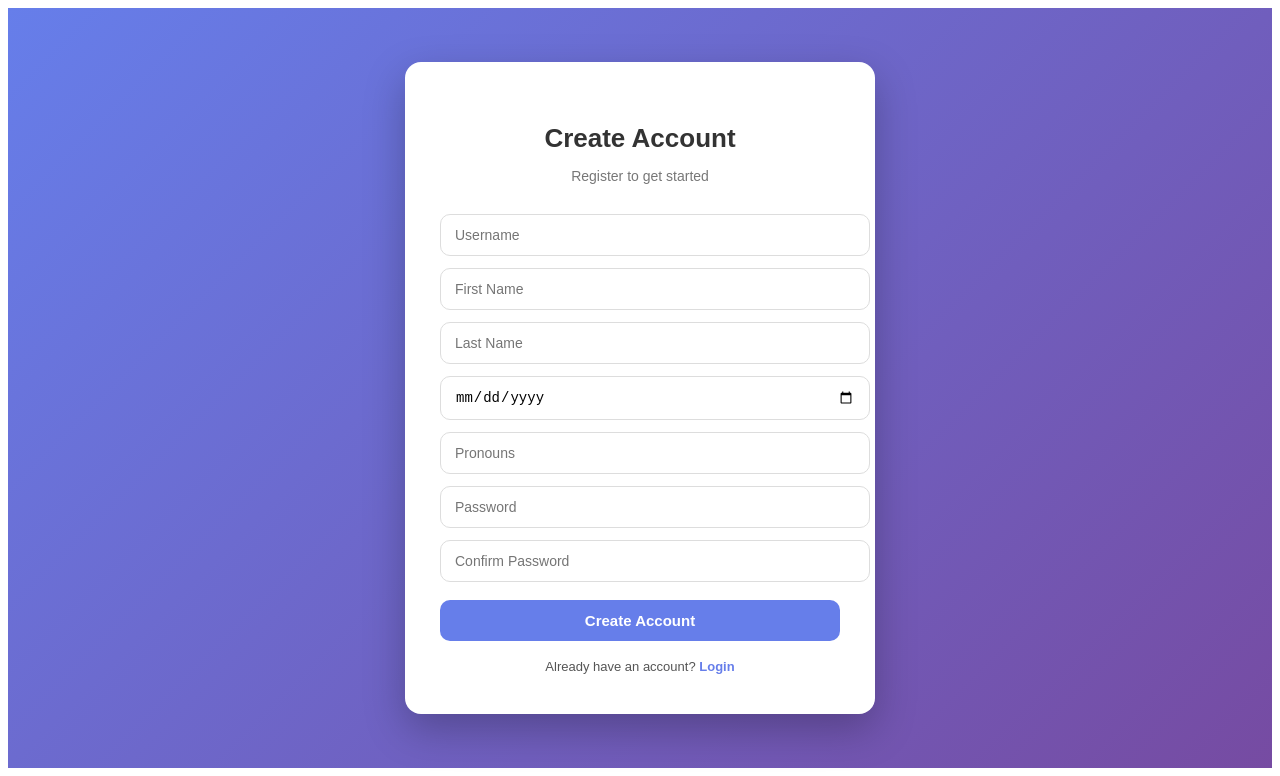
Repository: BMXracer44/CalendarConnect
Page: /register (app in frontend/)
These files come from the project's save history. The page is drawn as it stood at one moment and after the next save; the edit follows.
The browser window is 1280 px wide. The pictures show the whole page.
The project was rebuilt for these pictures with package versions that can differ from the ones it lists, and the page was loaded fresh each time. Also part of the build but not shown: frontend/src/pages/Login.jsx.

Above is the page before, as saved 2026-04-01 12:55:52.

### frontend/src/index.js
import React from "react";
import ReactDOM from "react-dom/client";
import { RouterProvider } from "react-router-dom";
import { router } from "./router";
import "./index.css";


ReactDOM.createRoot(document.getElementById("root")).render(
  <RouterProvider router={router} />
);

### frontend/src/router.jsx
import { createBrowserRouter } from "react-router-dom";
import App from "./App";
import Login from "./pages/Login";
import Register from "./pages/Register";
import Home from "./pages/Home";

export const router = createBrowserRouter([
  {
    path: "/",
    element: <App />,   // 👈 use App here
    children: [
      { index: true, element: <Login /> },     // "/"
      { path: "register", element: <Register /> },
      { path: "home", element: <Home /> }
    ]
  }
]);

### frontend/src/index.css
/* =========================
   GLOBAL PAGE BACKGROUND
========================= */
.login-container {
  min-height: 100vh;
  display: flex;
  justify-content: center;
  align-items: center;
  padding: 20px;
  background: linear-gradient(135deg, #667eea, #764ba2);
  font-family: Arial, sans-serif;
}

/* =========================
   AUTH CARD (LOGIN + REGISTER)
========================= */
.login-card {
  width: 100%;
  max-width: 400px;
  background: #ffffff;
  padding: 40px 35px;
  border-radius: 16px;
  box-shadow: 0 15px 40px rgba(0, 0, 0, 0.25);
  text-align: center;
  animation: fadeIn 0.4s ease-in-out;
}

/* Card animation */
@keyframes fadeIn {
  from {
    opacity: 0;
    transform: translateY(15px);
  }
  to {
    opacity: 1;
    transform: translateY(0);
  }
}

/* =========================
   HEADINGS
========================= */
.login-card h2 {
  font-size: 26px;
  margin-bottom: 8px;
  color: #333;
}

.login-card p {
  font-size: 14px;
  color: #777;
  margin-bottom: 18px;
}

/* =========================
   INPUT FIELDS
========================= */
.login-card input {
  width: 100%;
  padding: 12px 14px;
  margin-top: 12px;
  border: 1px solid #ddd;
  border-radius: 10px;
  font-size: 14px;
  outline: none;
  transition: all 0.25s ease;
}

/* Focus effect */
.login-card input:focus {
  border-color: #667eea;
  box-shadow: 0 0 8px rgba(102, 126, 234, 0.35);
}

/* =========================
   BUTTON
========================= */
.login-card button {
  width: 100%;
  padding: 12px;
  margin-top: 18px;
  background: #667eea;
  color: white;
  border: none;
  border-radius: 10px;
  font-size: 15px;
  font-weight: bold;
  cursor: pointer;
  transition: all 0.2s ease;
}

/* Hover effect */
.login-card button:hover {
  background: #5a67d8;
  transform: translateY(-2px);
}

/* =========================
   ERROR & SUCCESS MESSAGES
========================= */
.error-text {
  color: #e74c3c;
  font-size: 13px;
  margin-top: 10px;
}

.success-text {
  color: #2ecc71;
  font-size: 13px;
  margin-top: 10px;
}

/* =========================
   BOTTOM TEXT LINKS
========================= */
.bottom-text {
  margin-top: 18px;
  font-size: 13px;
  color: #555;
}

.bottom-text a {
  color: #667eea;
  font-weight: bold;
  text-decoration: none;
}

.bottom-text a:hover {
  text-decoration: underline;
}

/* =========================
   REGISTER SPACING (optional)
========================= */
.register-extra-spacing input {
  margin-top: 14px;
}

### frontend/src/App.js
import { Outlet } from "react-router-dom";

function App() {
  return (
    <div>
      <Outlet />
    </div>
  );
}

export default App;

### frontend/src/pages/Register.jsx
import React, { useState } from "react";
import { useNavigate } from "react-router-dom";

const Register = () => {
  const navigate = useNavigate();

  const [formData, setFormData] = useState({
    username: "",
    firstName: "",
    lastName: "",
    dateOfBirth: "",
    pronouns: "",
    password: "",
    confirmPassword: ""
  });

  const [error, setError] = useState("");
  const [success, setSuccess] = useState("");

  const handleChange = (e) => {
    setFormData({
      ...formData,
      [e.target.name]: e.target.value
    });
  };

  const handleSubmit = async (e) => {
    e.preventDefault();

    if (formData.password !== formData.confirmPassword) {
      setError("Passwords do not match");
      setSuccess("");
      return;
    }

    try {
      const response = await fetch("http://localhost:8080/api/register", {
        method: "POST",
        headers: {
          "Content-Type": "application/json"
        },
        body: JSON.stringify(formData)
      });

      const data = await response.json();

      if (response.ok) {
        setSuccess("Account created successfully!");
        setError("");

        setTimeout(() => {
          navigate("/login");
        }, 1000);

        setFormData({
          username: "",
          firstName: "",
          lastName: "",
          dateOfBirth: "",
          pronouns: "",
          password: "",
          confirmPassword: ""
        });

      } else {
        setError(data.message || "Registration failed");
        setSuccess("");
      }

    } catch (err) {
      setError("Server not reachable");
      setSuccess("");
    }
  };

  return (
    <div className="login-container">
      <div className="login-card register-card">

        <h2>Create Account</h2>
        <p>Register to get started</p>

        {error && <p className="error-text">{error}</p>}
        {success && <p className="success-text">{success}</p>}

        <form onSubmit={handleSubmit} className="register-form">

          <input
            type="text"
            name="username"
            placeholder="Username"
            value={formData.username}
            onChange={handleChange}
            required
          />

          <input
            type="text"
            name="firstName"
            placeholder="First Name"
            value={formData.firstName}
            onChange={handleChange}
            required
          />

          <input
            type="text"
            name="lastName"
            placeholder="Last Name"
            value={formData.lastName}
            onChange={handleChange}
            required
          />

          <input
            type="date"
            name="dateOfBirth"
            value={formData.dateOfBirth}
            onChange={handleChange}
            required
          />

          <input
            type="text"
            name="pronouns"
            placeholder="Pronouns"
            value={formData.pronouns}
            onChange={handleChange}
          />

          <input
            type="password"
            name="password"
            placeholder="Password"
            value={formData.password}
            onChange={handleChange}
            required
          />

          <input
            type="password"
            name="confirmPassword"
            placeholder="Confirm Password"
            value={formData.confirmPassword}
            onChange={handleChange}
            required
          />

          <button type="submit">Create Account</button>
        </form>

        <div className="bottom-text">
          Already have an account? <a href="/">Login</a>
        </div>

      </div>
    </div>
  );
};

export default Register;

Loaded but not shown: frontend/src/pages/Home.jsx (no stored copy; drawn as an empty file)

After the next save:
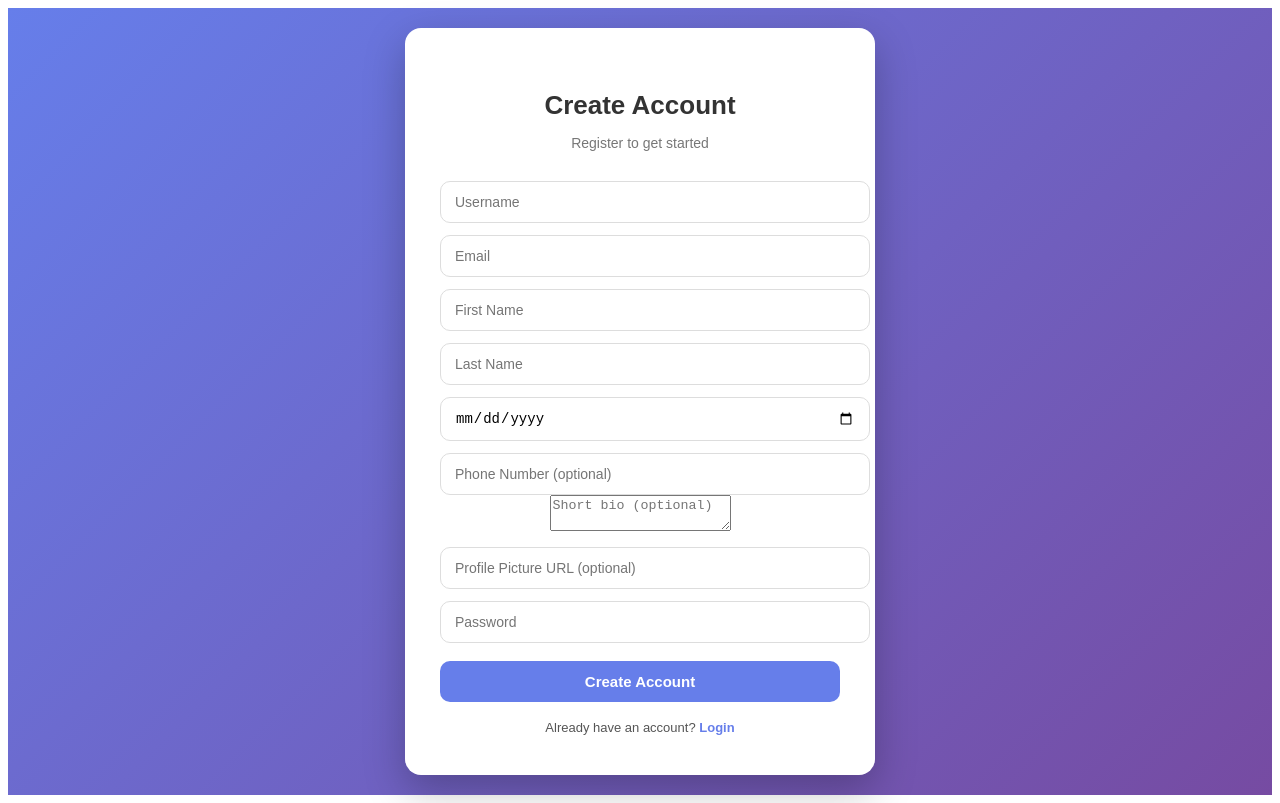
Saved 6 days later.
--- a/frontend/src/pages/Register.jsx
+++ b/frontend/src/pages/Register.jsx
@@ -6,12 +6,16 @@ const Register = () => {
 
   const [formData, setFormData] = useState({
     username: "",
-    firstName: "",
-    lastName: "",
-    dateOfBirth: "",
-    pronouns: "",
+    email: "",
     password: "",
-    confirmPassword: ""
+    confirmPassword: "",
+    first_name: "",
+    last_name: "",
+    birthdate: "",
+    phone_number: "",
+    bio: "",
+    profile_picture_url: "",
+    theme_preference: "light"
   });
 
   const [error, setError] = useState("");
@@ -34,12 +38,14 @@ const Register = () => {
     }
 
     try {
+      const { confirmPassword, ...payload } = formData;
+
       const response = await fetch("http://localhost:8080/api/register", {
         method: "POST",
         headers: {
           "Content-Type": "application/json"
         },
-        body: JSON.stringify(formData)
+        body: JSON.stringify(payload)
       });
 
       const data = await response.json();
@@ -54,12 +60,16 @@ const Register = () => {
 
         setFormData({
           username: "",
-          firstName: "",
-          lastName: "",
-          dateOfBirth: "",
-          pronouns: "",
+          email: "",
           password: "",
-          confirmPassword: ""
+          confirmPassword: "",
+          first_name: "",
+          last_name: "",
+          birthdate: "",
+          phone_number: "",
+          bio: "",
+          profile_picture_url: "",
+          theme_preference: "light"
         });
 
       } else {
@@ -95,53 +105,77 @@ const Register = () => {
           />
 
           <input
-            type="text"
-            name="firstName"
-            placeholder="First Name"
-            value={formData.firstName}
+            type="email"
+            name="email"
+            placeholder="Email"
+            value={formData.email}
             onChange={handleChange}
             required
           />
 
           <input
             type="text"
-            name="lastName"
+            name="first_name"
+            placeholder="First Name"
+            value={formData.first_name}
+            onChange={handleChange}
+            required
+          />
+
+          <input
+            type="text"
+            name="last_name"
             placeholder="Last Name"
-            value={formData.lastName}
+            value={formData.last_name}
             onChange={handleChange}
             required
           />
 
           <input
             type="date"
-            name="dateOfBirth"
-            value={formData.dateOfBirth}
+            name="birthdate"
+            value={formData.birthdate}
             onChange={handleChange}
             required
           />
 
           <input
             type="text"
-            name="pronouns"
-            placeholder="Pronouns"
-            value={formData.pronouns}
+            name="phone_number"
+            placeholder="Phone Number (optional)"
+            value={formData.phone_number}
             onChange={handleChange}
           />
+
+          <textarea
+            name="bio"
+            placeholder="Short bio (optional)"
+            value={formData.bio}
+            onChange={handleChange}
+          />
+
+          <input
+            type="url"
+            name="profile_picture_url"
+            placeholder="Profile Picture URL (optional)"
+            value={formData.profile_picture_url}
+            onChange={handleChange}
+          />
+
+          {/* Optional preview */}
+          {formData.profile_picture_url && (
+            <img
+              src={formData.profile_picture_url}
+              alt="Preview"
+              style={{ width: "80px", height: "80px", borderRadius: "50%" }}
+            />
+          )}
 
           <input
             type="password"
             name="password"
             placeholder="Password"
             value={formData.password}
-            onChange={handleChange}
-            required
-          />
-
-          <input
-            type="password"
-            name="confirmPassword"
-            placeholder="Confirm Password"
-            value={formData.confirmPassword}
             onChange={handleChange}
             required
           />
